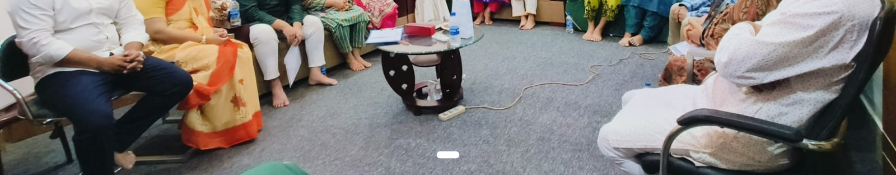
Repository: Tan47s/Lifelogo
Page: /
An editor plug-in stored every save of this project. The page is shown before and after the next save, followed by the edit.
The browser window is 1280 px wide. The pictures show the part of the page from y = 2700 to 4620 px (the page is 2950 px tall before and 5162 px after), at 70% of full size.
The project was rebuilt for these pictures with package versions that can differ from the ones it lists, and the page was loaded fresh each time. Also part of the build but not shown: vite.config.js, src/comp/Contact.css, src/comp/Contact.jsx, src/comp/Footer.css, src/comp/Footer.jsx.

Above is the page before, as saved 2026-08-24 11:27:11.

After the next save:
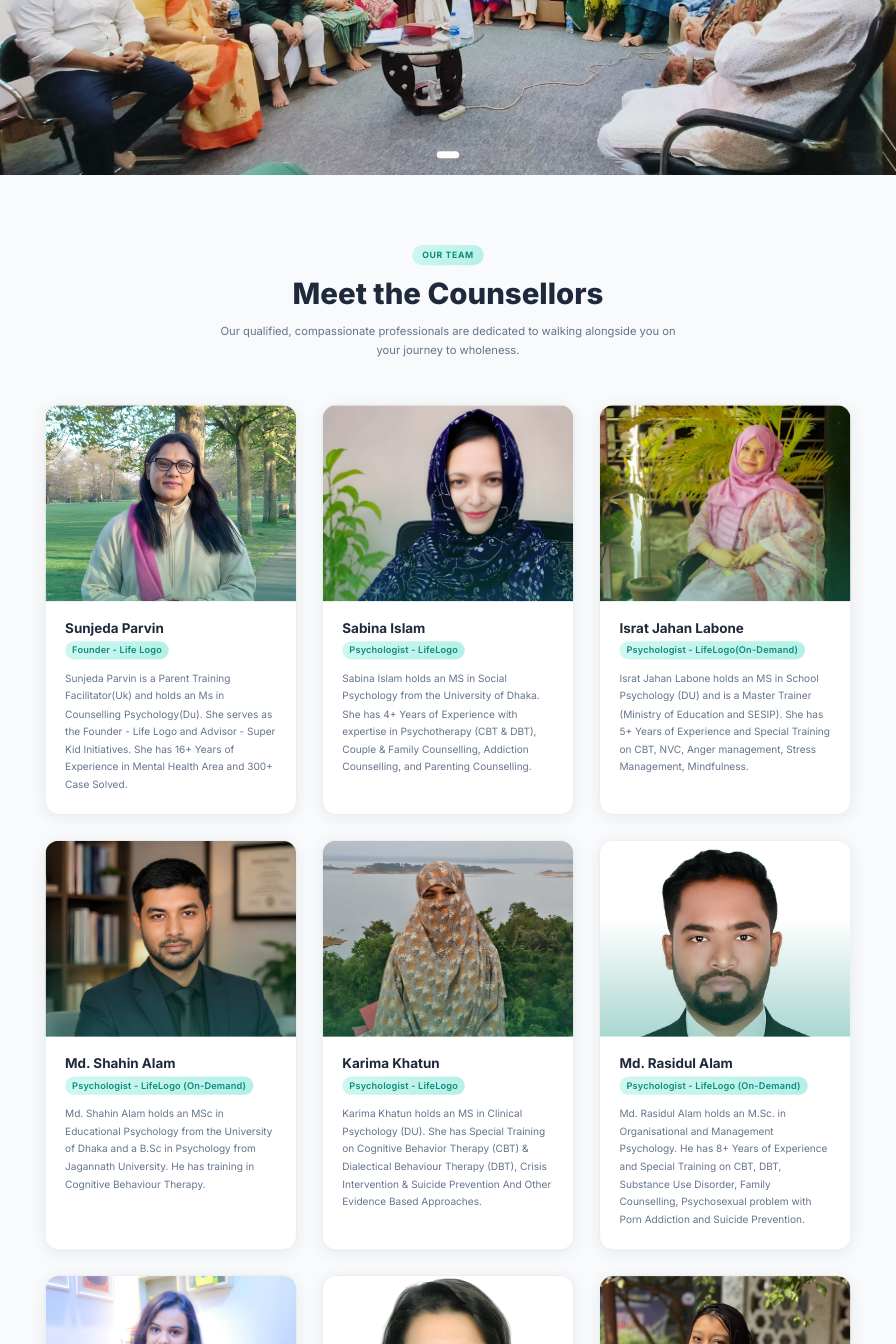
Saved 13 s later.
--- a/src/App.jsx
+++ b/src/App.jsx
@@ -15,6 +15,7 @@ export const App = () => {
       <Contents2/>
       <Service2/>
       <Workshop/>
+      <Counsellors/>
     </div>
   )
 }
